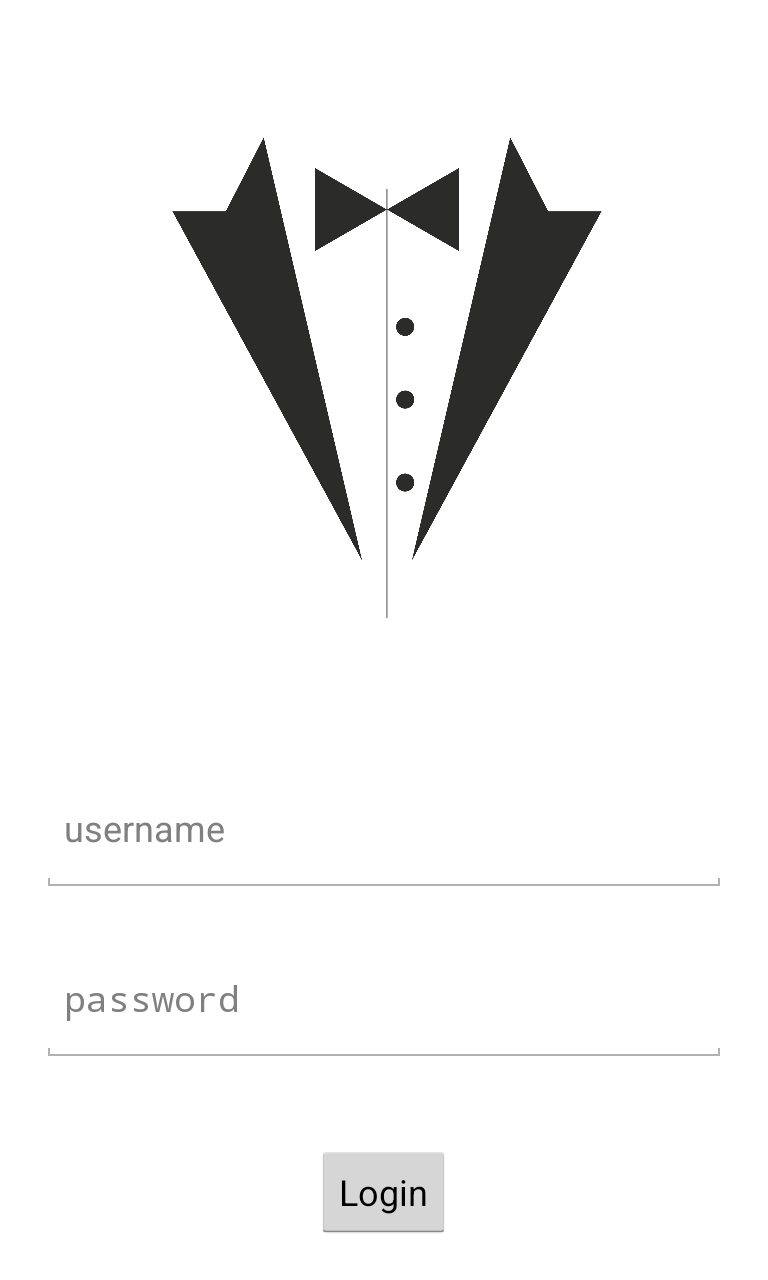
Repository: oszalex/SpryAndroid
Layout: android/Bro/res/layout/activity_main.xml
An editor plug-in stored every save of this project. The layout is shown before and after a run of saves, followed by the edit.
It is drawn on a 768 x 1280 px phone screen (xhdpi) without system bars, with theme AppTheme; the app's code is not run.

Above is the layout before, as saved 2014-01-21 16:42:25.

### android/Bro/res/layout/activity_main.xml
<LinearLayout xmlns:android="http://schemas.android.com/apk/res/android"
    xmlns:tools="http://schemas.android.com/tools"
    android:layout_width="match_parent"
    android:layout_height="match_parent"
    android:orientation="vertical"
    >

    <ImageView
        android:id="@+id/logo"
        android:layout_width="256dp"
        android:layout_height="256dp"
        android:layout_gravity="center_horizontal"
        android:layout_weight="2"
        android:contentDescription="@string/logo_description"
        android:src="@drawable/logo" />

    <EditText
        android:id="@+id/edit_username"
        android:layout_width="fill_parent"
        android:layout_height="12sp"
        android:layout_gravity="center_horizontal"
        android:layout_marginLeft="20dp"
        android:layout_marginRight="20dp"
        android:layout_marginTop="20dp"
        android:layout_weight="1"
        android:hint="@string/edit_username" />

    <EditText
        android:id="@+id/edit_password"
        android:layout_width="fill_parent"
        android:layout_height="12sp"
        android:layout_gravity="center_horizontal"
        android:layout_marginLeft="20dp"
        android:layout_marginRight="20dp"
        android:layout_marginTop="20dp"
        android:layout_weight="1"
        android:hint="@string/edit_password"
        android:inputType="textPassword" />

    <Button
        android:layout_width="wrap_content"
        android:layout_height="wrap_content"
        android:layout_gravity="center_horizontal"
        android:layout_marginBottom="20dp"
        android:layout_marginTop="40dp"
        android:text="@string/button_login" />

</LinearLayout>

### android/Bro/res/values/strings.xml
<?xml version="1.0" encoding="utf-8"?>
<resources>

    <string name="app_name">Bro</string>
    <string name="action_settings">Settings</string>
    <string name="edit_username">username</string>
    <string name="edit_password">password</string>
    <string name="button_login">Login</string>
    <string name="logo_description">Bro-Logo</string>

</resources>

Loaded but not shown: android/Bro/res/values/styles.xml (common file); android/Bro/res/values-v11/styles.xml (common file); android/Bro/res/values-v14/styles.xml (common file)

After the next 2 saves:
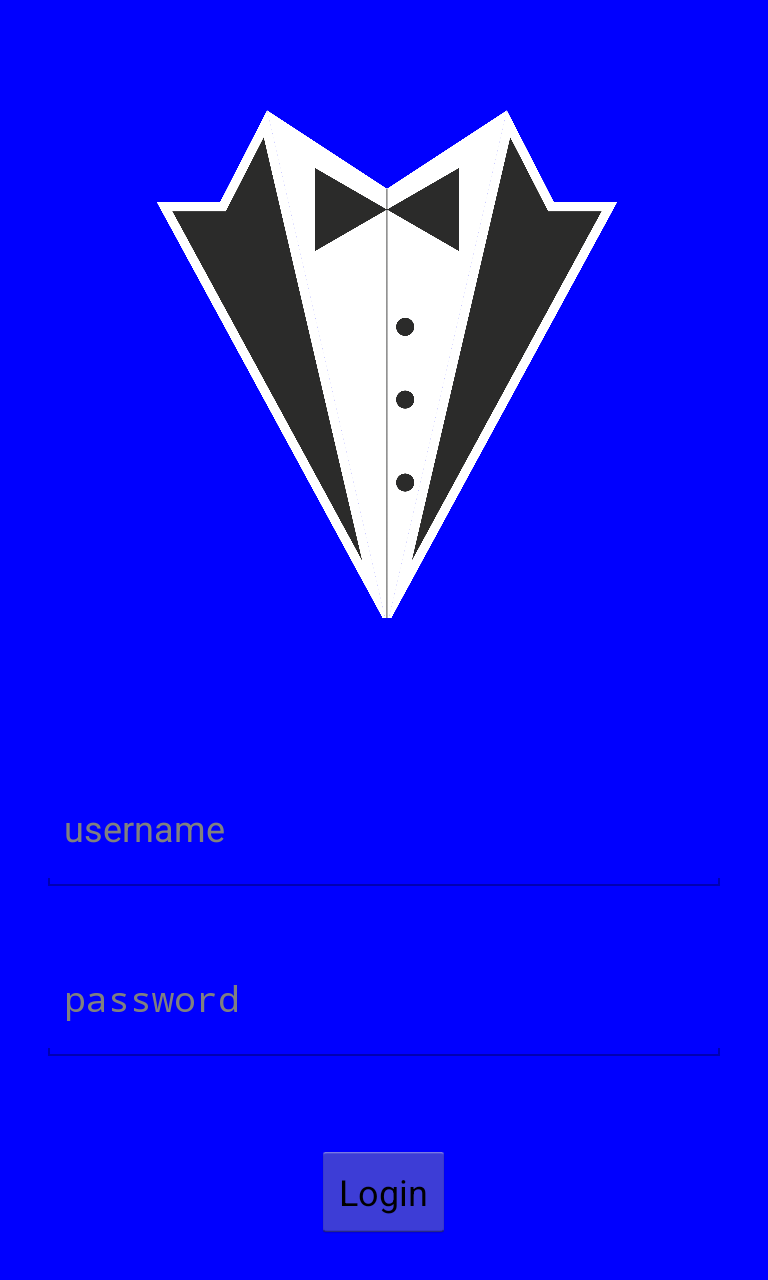
The 2 saves are shown as one change because 1 did not build or start.
The last was saved 110 s later.
--- a/android/Bro/res/layout/activity_main.xml
+++ b/android/Bro/res/layout/activity_main.xml
@@ -3,7 +3,7 @@
     android:layout_width="match_parent"
     android:layout_height="match_parent"
     android:orientation="vertical"
-    >
+    android:background="#0000ff">
 
     <ImageView
         android:id="@+id/logo"
